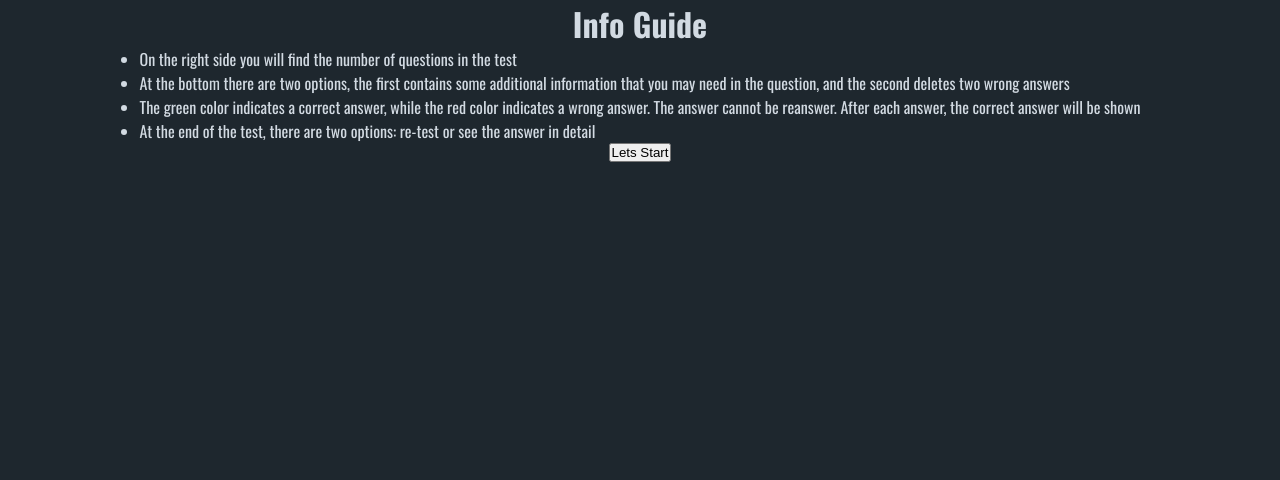
Repository: abdelrahmanahmed20021/Quiz-Platform
Page: index.html
The author's editor kept a copy of each file at every save. The page is drawn from the files as they stood at one save, then again after the next save.
The browser window is 1280 px wide. The pictures show the whole page.

Above is the page before, as saved 2023-01-12 00:49:12.
Console error: TypeError: Cannot read properties of null (reading 'addEventListener')

### index.html
<!DOCTYPE html>
<html lang="en">

    <head>
        <!-- ======== Meta =========== -->
        <meta charset="UTF-8">
        <meta http-equiv="X-UA-Compatible" content="IE=edge">
        <meta name="viewport" content="width=device-width, initial-scale=1.0">
        <title>Question || Platform</title>
        <!-- ======== Links =========== -->
        <link rel="stylesheet" href="./styles/index.css">
        <link rel="stylesheet" href="./styles/responsive.css">
        <!-- ======== Links =========== -->
    </head>

    <body>
        <div class="black-wolf">
            <h1>Info Guide</h1>
            <ul>
                <li>On the right side you will find the number of questions in the test</li>
                <li>At the bottom there are two options, the first contains some additional information that you may need in the question, and the second deletes two wrong answers</li>
                <li>The green color indicates a correct answer, while the red color indicates a wrong answer. The answer cannot be reanswer. After each answer, the correct answer will be shown</li>
                <li>At the end of the test, there are two options: re-test or see the answer in detail</li>
            </ul>
            <button>Lets Start</button>
        </div>
        <div id="poper_img" class="hide_poper">
            <img class="src_quesion_img" src="" alt="">
            <span class="poper_deleter">X</span>
            <h1></h1>
        </div>
        <section>
            <div class="audio_cotroll">
                <audio src="./assets/1.mp3" class="audio"></audio>
                <img src="./assets/play.svg" alt="">
                <img src="./assets/stop.svg" class="active" alt="">
            </div>
            <div class="container_1">
                <div class="start_btn flex">
                    <button class="description description_hidde">See Explanation</button>
                    <button id="start_quest" class="hover">Start</button>
                </div>
                <span class="quest_index border"></span>
                <div class="quest_content">
                    <div class="quset_cont flex border"></div>
                    <div class="box flex">
                        <div class="answers flex">
                            <span class="answer border hover" answer='a'></span>
                            <span class="answer border hover" answer='b'></span>
                            <span class="answer border hover" answer='c'></span>
                            <span class="answer border hover" answer='d'></span>
                        </div>
                    </div>
                </div>
            </div>

            <div class="container_2">
                <div class="quest_index_num border flex"></div>
                <div class="icons_helper flex">
                    <div class="remove_2 border flex hover">0.5</div>
                    <div class="google border poper_appender hover flex">Info</div>
                </div>
            </div>
        </section>
        <script type="module" src="./script/index.js"></script>
    </body>

</html>

### styles/index.css
/* ========= Import || Font ||  ========= */
@import url('https://fonts.googleapis.com/css2?family=Oswald:wght@200;300;400;500;600;700&display=swap');
/* ========= Import || Font ||  ========= */




/* ========= Set || Variables ||  ========= */
:root {
    --mainColor: #1e272e;
    --primaryColor: #d2dae2;
    --lightColor: #8c7ae6;
    --greenColor: #218c74;
    --redColor: #b33939;
    --mainFont: 'Oswald', sans-serif;
    --mainPadding: 40px;
    --primaryPadding: 20px;
    --mainFontSize: 1.2rem;
    --primaryFontSize: .72rem;
    --mainFontWigth: 500;
    --primaryFontWigth: 700;
}

/* ========= Set || Variables ||  ========= */




/* ========= Golbal || Styles ||  ========= */
*>*,
*::after,
*::before {
    padding: 0;
    margin: 0;
    box-sizing: border-box;
    transition: all .5s ease-in-out;
    user-select: none;
    user-zoom: none;
    -webkit-user-drag: none;
}

body {
    background-color: var(--mainColor);
    font-family: var(--mainFont);
}

.flex {
    display: flex;
    align-items: center;
    justify-content: center;
}

.box {
    height: 50%;
}

.border {
    border: 2px solid var(--lightColor);
    border-radius: 10px;
}

.hover:hover {
    background-color: var(--lightColor) !important;
    color: var(--primaryColor) !important;
}

.hover_min_width:active {
    background-color: var(--lightColor) !important;
    color: var(--primaryColor) !important;
}

::-webkit-scrollbar {
    width: 5px;
}

::-webkit-scrollbar-thumb {
    background-color: var(--greenColor);
    border-radius: 10px;
}

/* ========= Golbal || Styles ||  ========= */



/* ========= Main || ElE || Styles ||  ========= */
body>section {
    display: flex;
    height: 100vh;
    padding: 30px;
}

body>section .container_1 {
    width: 70%;
    height: 100%;
}

body>section .container_2 {
    width: 30%;
    height: 100%;
    overflow: hidden;
}

body>section .container_1 .start_btn {
    height: 35%;
    gap: 30px;
}

/* ========= Main || ElE || Styles ||  ========= */

/* ========= Audio || Styles ||  ========= */

body>section>.audio_cotroll {
    position: relative;
}

body>section>.audio_cotroll img {
    top: 0;
    left: 0;
    cursor: pointer;
    position: absolute;
    width: 0;
    height: 0;
    opacity: 0;
}

body>section>.audio_cotroll .active {
    opacity: 1;
    z-index: 100;
    width: auto;
    height: auto;
}

/* ========= Audio || Styles ||  ========= */


/* ========= Container || One || Styles ||  ========= */
body>section .container_1 .start_btn button {
    padding: var(--primaryPadding);
    width: 200px;
    border: 0;
    outline: 0;
    border-radius: 10px;
    font-size: var(--mainFontSize);
    background-color: var(--primaryColor);
    color: var(--lightColor);
    cursor: pointer;
    font-weight: var(--mainFontWigth);
}
body>section .container_1 .start_btn button:hover{
    background-color: var(--lightColor);
    color: var(--mainColor);
}
body>section .container_1 .quest_content {
    height: 65%;
    padding: var(--mainPadding) var(--primaryPadding);
}

body>section .container_1 .quest_content .quset_cont {
    position: relative;
    height: 50%;
    font-size: var(--mainFontSize);
    color: var(--lightColor);
    background-color: transparent;
    padding: 90px;
}
body > #poper_img{
    background-color: #466bdb46;
    backdrop-filter: blur(10px);
    position: fixed;
    top: 0;
    bottom: 0;
    left: 0;
    right: 0;
    z-index: 1000;
    display: flex;
    justify-content: center;
    align-items: center;
}

@media screen and (max-width:675px){
    body > #poper_img img{
        width: 85%;
    }
}

@media screen and (min-width:676px) and (max-width:976px){
    body > #poper_img img{
        width: 90%;
    }
}
body > #poper_img span{
    position: absolute;
    top: 20px;
    left: 20px;
    font-size: 2rem;
    cursor: pointer;
    font-weight: bold;
    font-family: sans-serif;
    color: #e1b12c;
}
body>section .container_1 .quest_index {
    padding: 2px 10px;
    font-size: 16px;
    color: var(--lightColor);
}

body>section .container_1 .quest_content .answers {
    width: 100%;
    justify-content: center;
    flex-wrap: wrap;
}

body>section .container_1 .quest_content .answers span {
    width: 46%;
    margin: 5px;
    min-height: 40px;
    text-align: center;
    padding: 5px 0;
    cursor: pointer;
    color: var(--lightColor);
}


/* ========= Container || One || Styles ||  ========= */




/* ========= Container || Two || Styles ||  ========= */
body>section .container_2 .quest_index_num {
    justify-content: space-between;
    flex-direction: column-reverse;
    min-height: 68%;
    max-height: 68%;
    padding-bottom: 400px;
    margin-bottom: 30px;
    overflow: auto;
}


body>section .container_2 .quest_index_num p {
    display: block;
    width: 100%;
    text-align: center;
    color: var(--primaryColor);
    padding: 15px;
}

body>section .container_2 .quest_index_num .correct_answer {
    background-color: transparent !important;
    color: var(--greenColor) !important;
}

body>section .container_2 .quest_index_num .falsey_answer {
    background-color: transparent !important;
    color: var(--primaryColor) !important;
}

body>section .container_2 .icons_helper {
    justify-content: space-evenly;
    height: 20%;
}

body>section .container_2 .icons_helper .remove_2 {
    width: 80px;
    height: 80px;
    cursor: pointer;
    color: var(--lightColor);
}

body>section .container_2 .icons_helper .google {
    cursor: pointer;
    width: 80px;
    height: 80px;
}

/* ========= Container || Two || Styles ||  ========= */

/* ========= Actives || Class || Styles ||  ========= */
.active_point_quest {
    color: var(--lightColor) !important;
    font-weight: var(--primaryFontWigth);
    font-size: var(--mainFontSize);
}

.falsey_answer {
    background-color: var(--redColor) !important;
    color: var(--lightColor) !important;
}
.falsey_answer_p{
    color: red !important;
}
.correct_answer {
    background-color: var(--greenColor) !important;
    color: var(--lightColor) !important;
}

.hidde_animate_btn {
    transform: scale(0);
    width: 0;
}
.poper_appender{
    color: var(--lightColor);
}
.hide_poper{
    display: none !important;
}
.description_hidde{
    display: none;
}
.black-wolf{
    position: absolute;
    z-index: 1000;
    width: 100%;
    height: 100%;
    background-color: #1e272e;
    color: var(--primaryColor);
    display: flex;
    justify-content: flex-start;
    align-items: center;
    flex-direction: column;
}
/* ========= Actives || Class || Styles ||  ========= */

### styles/responsive.css
/* ===========  Tablets || Sizes  =============== */
/* =============== Sm ================ */
@media screen and (min-width:360px) and (max-width:960px) {
    :root {
        --mainPadding: 20px;
        --primaryPadding: 10px;
        --mainFontSize: 1rem;
        --mainFontWigth: 400;
        --primaryFontWigth: 500;
    }

    body>section {
        flex-direction: column;
        padding: 20px 10px;
    }

    body>section .container_1 {
        width: 100%;
        height: 70%;

    }

    body>section .container_1 .start_btn {
        height: 20%;
    }

    body>section .container_2 {
        width: 100%;
        height: 30%;
    }

    body>section .container_2 .quest_index_num {
        min-height: 58%;
        max-height: 58%;
        padding-bottom: 0;
        padding-left: 400px;
    }

    body>section .container_2 .icons_helper {
        justify-content: space-between;
    }

    body>section .container_1 .quest_content .quset_cont {
        padding: 40px;
    }

    body>section .container_1 .quest_content .answers span {
        font-size: var(--primaryFontSize);
        font-weight: var(--primaryFontWigth);
    }

    body>section .container_2 .icons_helper .remove_2 {
        width: 60px;
        height: 60px;
    }

    body>section .container_2 .icons_helper .google {
        width: 60px;
        height: 60px;
    }

}

/* =============== Sm ================ */
/* ===========  Tablets || Sizes  =============== */

### script/index.js
import { data } from './../auth/data.js';
//============= Set || Nodes || ==================>
const audio = document.querySelector('.audio');
const start_quest = document.querySelector('#start_quest');
const quset_cont = document.querySelector('.quset_cont');
const quest_index = document.querySelector('.quest_index');
const answer = document.querySelector('.answers');
const quest_index_num = document.querySelector('.quest_index_num');
const remove_2 = document.querySelector('.remove_2');
const google = document.querySelector('.google');
const answers = document.querySelectorAll('.answer');
const audio_cotroll_img = document.querySelectorAll('.audio_cotroll img');
const description = document.querySelector(".description");
const src_quesion_img = document.querySelector(".src_quesion_img");
const poper_img = document.querySelector("#poper_img");
const poper_img_head = document.querySelector("#poper_img h1");
const poper_deleter = document.querySelector(".poper_deleter");
const black_btn = document.querySelector(".black-btn");
const poper_appender = document.querySelector(".poper_appender");
const black_wolf = document.querySelector(".black-wolf");
const quest_index_answer = document.querySelector(".quest_index_answer");
const sec_screen = document.querySelector(".sec_screen");
const full_screen = document.querySelector(".full_screen");
let start = 0;
let answer_data;
let right_answers = 0;
let unRight_answers = 0;
//============= Set || Nodes || ==================>
//======= Set || classes || =======>
class DrawUi {
    constructor(data, index) {
        this.data = data;
        this.index = index;
        this.state = true;
    }
    //======= Draw || All ||  Content || Ui =======>
    draw() {
        if (this.data != undefined && this.index != undefined) {
            this.stop_Quiz(this.data);
            if (this.state) {
                this.draw_Quest(this.data);
                this.draw_Quest_line(this.data);
            }
        }
        else {
            console.warn('please Enter data src and index of start');
        }
    }
    //======= Draw || All ||  Content || Ui =======>
    //======= Draw || Questions || Answers =======>
    draw_Quest(values) {
        let recust = ['a', 'b', 'c', 'd'];
        quset_cont.innerHTML = `<p>${values[this.index].quest}</p>`;
        src_quesion_img.src = `${values[this.index].img}`;
        if (values[this.index].img != "") {
            poper_img_head.innerText = "";
        }
        else {
            poper_img_head.innerText = "No Image At This Question";
        }
        answers.forEach((ele, index) => {
            ele.innerText = values[this.index][recust[index]];
        });
        quest_index.innerText = `Question : ${this.index + 1}`;
        quest_index_answer.innerText = `SCORE : ${right_answers} / ${values.length}`;
    }
    //======= Draw || Questions || Answers =======>
    //======= Draw || Questions || Lines =======>
    draw_Quest_line(values) {
        const quest_index_num_elements = quest_index_num.children;
        if (quest_index_num_elements.length == 0) {
            values.forEach((ele, index) => {
                quest_index_num.innerHTML += `<p>Q.${index + 1}</p>`;
            });
        }
        Array.from(quest_index_num_elements).forEach(ele => {
            ele.classList.remove('active_point_quest');
        });
        quest_index_num_elements[this.index].classList.add('active_point_quest');
    }
    //======= Draw || Questions || Lines =======>
    //======= Check || Index || Stop "Quiz" =======>
    stop_Quiz(values) {
        if (this.index > values.length - 1) {
            this.state = false;
        }
    }
}
class Checker {
    constructor() {
        this.darwer = new DrawUi(data, start);
        this.quest_index_num = quest_index_num.children;
    }
    //======= Check || All ||  Content || Answers =======>
    main_checker(ele) {
        this.answer_check(this.darwer.data);
        this.line_check(this.darwer.data, ele);
        this.Repeat(this.darwer.data);
    }
    //======= Check || All ||  Content || Answers =======>
    //======= Set|| All ||  Content || Answers =======>
    set_answers(data, state, statement) {
        if (state) {
            answers.forEach(ele => {
                if (ele.getAttribute('answer') != data[this.darwer.index].answer) {
                    ele.classList.add('falsey_answer');
                }
                else {
                    ele.classList.add('correct_answer');
                }
                if (statement) {
                    setTimeout(() => {
                        ele.classList.remove('falsey_answer');
                        ele.classList.remove('correct_answer');
                    }, 1200);
                }
            });
        }
    }
    //======= Set|| All ||  Content || Answers =======>
    //======= Set || All ||  Styles || Answers =======>
    answer_check(data) {
        if (this.darwer.index < data.length && this.darwer.index != data.length - 1) {
            this.set_answers(data, true, true);
        }
        else {
            this.set_answers(data, true, false);
        }
        setTimeout(() => {
            this.darwer.draw();
        }, 1200);
    }
    //======= Set || All ||  Styles || Answers =======>
    //======= Set || All ||  Styles || Answers || Lines =======>
    line_check(data, ele) {
        if (this.darwer.index < data.length) {
            if (ele.getAttribute('answer') == data[this.darwer.index].answer) {
                this.quest_index_num[this.darwer.index].classList.add('correct_answer');
                this.darwer.index++;
                right_answers++;
            }
            else {
                this.quest_index_num[this.darwer.index].classList.add('falsey_answer_p');
                this.darwer.index++;
                unRight_answers++;
            }
        }
    }
    //======= Set || All ||  Styles || Answers || Lines =======>
    //======= Reapet_Quiz || =======>
    Repeat(data) {
        if (this.darwer.index == data.length) {
            start_quest.classList.remove('hidde_animate_btn');
            description === null || description === void 0 ? void 0 : description.classList.remove("description_hidde");
            start_quest.innerText = 'Repeat';
            start_quest.addEventListener('click', () => {
                location.reload();
            });
        }
    }
}
class Delet {
    constructor(ele, data, index) {
        this.ele = ele;
        this.data = data;
        this.index = index;
    }
    swper() {
        if (this.ele.innerText == '0.5') {
            this.get_data();
        }
        else {
            window.open('https://google.com/');
        }
    }
    get_data() {
        this.delete(data);
    }
    delete(data) {
        if (quset_cont.innerText != '') {
            let falsey_data = [];
            Array.from(answers).filter((ele, index) => {
                if (ele.getAttribute('answer') != data[this.index].answer) {
                    falsey_data.push(index);
                }
            });
            answers[falsey_data[0]].innerText = '';
            answers[falsey_data[1]].innerText = '';
        }
    }
}
//======= Set || classes || =======>
//======= Start || Quiz || App =======>
start_quest.addEventListener('click', start_app);
function start_app(e) {
    if (sec_screen.requestFullscreen) {
        sec_screen.requestFullscreen();
        full_screen.innerText = "Close the full page Mode";
    }
    //======= Audio || Controls =======>
    audio.play();
    audio_cotroll_img[1].classList.remove('active');
    audio_cotroll_img[0].classList.add('active');
    //======= Audio || Controls =======>
    //======= Draw || Ui || Class =======>
    const play = new DrawUi(data, start);
    play.draw();
    //======= Draw || Ui || Class =======>
    //======= Checker || In || Chossen =======>
    const chek = new Checker();
    answers.forEach(ele => {
        ele.addEventListener('click', (e) => {
            chek.main_checker(e.target);
            quest_index_num.scrollTop = -45 * (unRight_answers + right_answers);
        });
    });
    //======= Checker || In || Chossen =======>
    //======= Delet || Button || And Event =======>
    e.target.classList.add("hidde_animate_btn");
    e.target.removeEventListener('click', start_app);
    //======= Delet || Button || And Event =======>
    //======= Remove || Two || Answers =======>
    remove_2.addEventListener("click", (e) => {
        const deleter = new Delet(e.target, chek.darwer.data, chek.darwer.index);
        deleter.swper();
    });
    //======= Remove || Two || Answers =======>
    //===== Simple || Animate ========>
    quest_index_num.style.padding = '0';
}
//======= Start || Quiz || App =======>
//======= Audio || Controller || App =======>
audio_cotroll_img.forEach(ele => {
    ele.addEventListener('click', () => {
        if (audio.paused) {
            audio_cotroll_img[1].classList.remove('active');
            audio_cotroll_img[0].classList.add('active');
            audio.play();
        }
        else if (!audio.paused) {
            audio_cotroll_img[1].classList.add('active');
            audio_cotroll_img[0].classList.remove('active');
            audio.pause();
        }
    });
});
//======= Audio || Controller || App =======>
//========= Handel  || Hover  || Effect  || in  || Small  || Deveices ||  ============>
window.addEventListener('resize', () => {
    if (window.innerWidth < 961) {
        const hover = document.querySelectorAll('.hover');
        hover.forEach(ele => {
            ele.classList.add('hover_2');
            ele.classList.remove('hover');
        });
        console.warn('resized to small delet hover');
    }
    else {
        const hover_2 = document.querySelectorAll('.hover_2');
        hover_2.forEach(ele => {
            ele.classList.add('hover');
            ele.classList.remove('hover_2');
        });
        console.warn('resized to Big add hover');
    }
});
//========= Handel  || Hover  || Effect  || in  || Small  || Deveices ||  ============>
poper_deleter === null || poper_deleter === void 0 ? void 0 : poper_deleter.addEventListener("click", () => {
    poper_img.classList.add("hide_poper");
    if (sec_screen.requestFullscreen) {
        sec_screen.requestFullscreen();
    }
});
poper_appender === null || poper_appender === void 0 ? void 0 : poper_appender.addEventListener("click", () => {
    poper_img.classList.remove("hide_poper");
    // if(document.exitFullscreen) {
    //     document.exitFullscreen();
    //   }
});
description === null || description === void 0 ? void 0 : description.addEventListener("click", () => {
    window.location.href = "info.html";
});
black_btn.addEventListener("click", () => {
    black_wolf.style.display = "none";
});
full_screen.addEventListener("click", () => {
    if (full_screen.innerText == "Close the full page Mode") {
        if (document.exitFullscreen) {
            document.exitFullscreen();
            full_screen.innerText = "Active the full page Mode";
        }
    }
    else {
        if (sec_screen.requestFullscreen) {
            sec_screen.requestFullscreen();
            full_screen.innerText = "Close the full page Mode";
        }
    }
});

Loaded but not shown: auth/data.js (318 lines, source omitted)

After the next save:
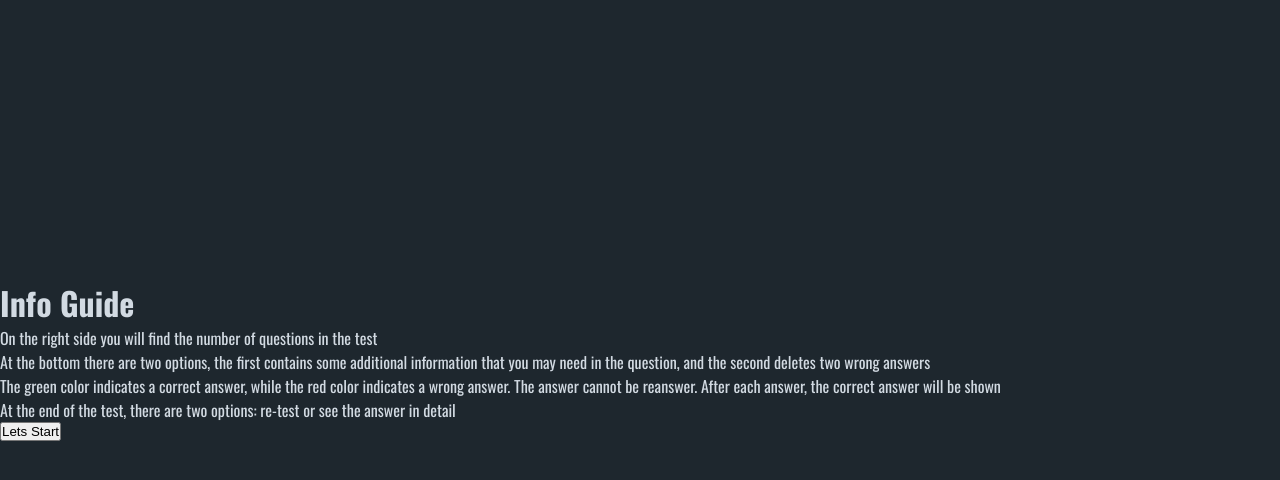
Saved 7 s later.
--- a/styles/index.css
+++ b/styles/index.css
@@ -316,8 +316,8 @@ body>section .container_2 .icons_helper .google {
     background-color: #1e272e;
     color: var(--primaryColor);
     display: flex;
-    justify-content: flex-start;
-    align-items: center;
+    justify-content: center;
+    align-items: flex-start;
     flex-direction: column;
 }
 /* ========= Actives || Class || Styles ||  ========= */
